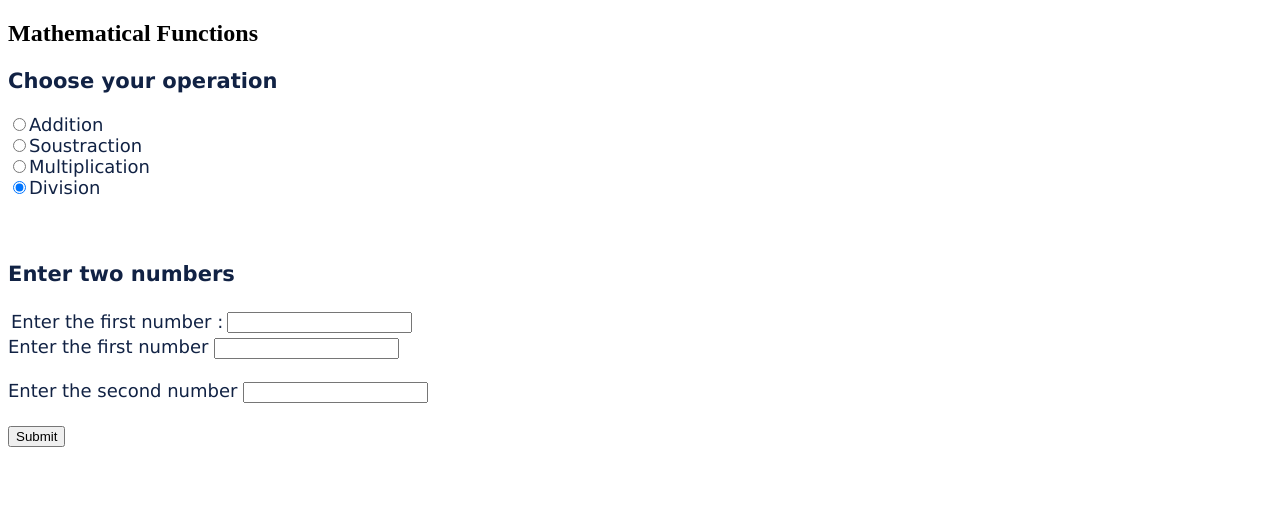
Repository: lemzoo/Formation_JEE
Page: TP_01__Calculateur_JSP/src/main/webapp/AcceptInput.html
These files come from the project's save history. The page is drawn as it stood at one moment and after the next save; the edit follows.
The browser window is 1280 px wide. The pictures show the whole page.

Above is the page before, as saved 2016-06-20 14:52:24.

After the next save:
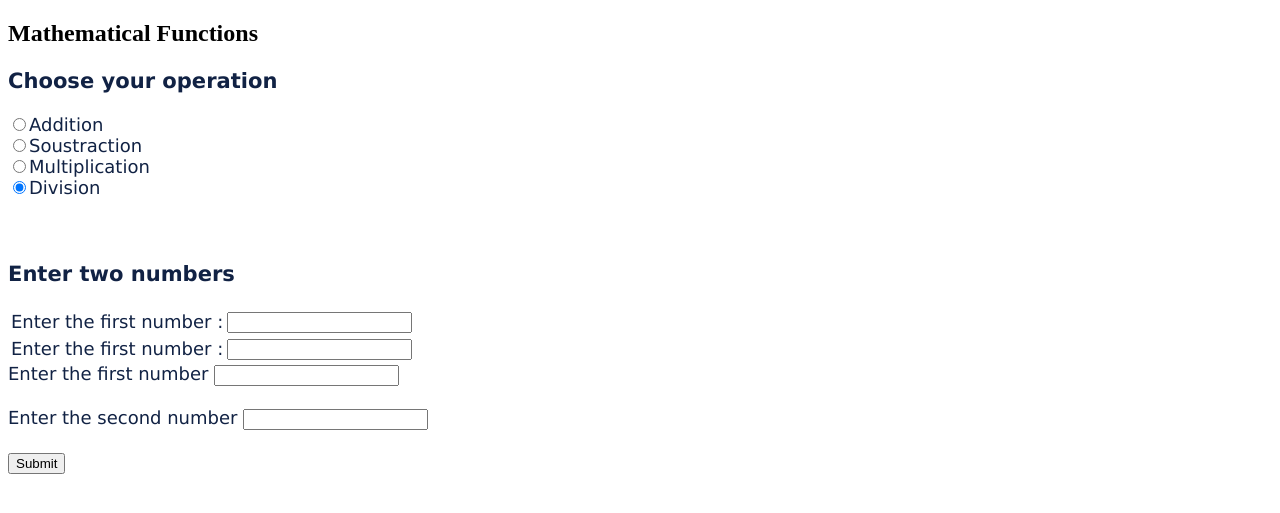
Saved 10 s later.
--- a/TP_01__Calculateur_JSP/src/main/webapp/AcceptInput.html
+++ b/TP_01__Calculateur_JSP/src/main/webapp/AcceptInput.html
@@ -24,6 +24,15 @@
 				</td>
 			</tr>
 
+			<tr>
+				<td>
+					<label>Enter the first number : </label>
+				</td>
+				<td>
+					<input type="number" name="valeur1" value="">
+				</td>
+			</tr>
+
 		</table>
 		<label>Enter the first number
 			<input type="number" name="valeur1" value="">
